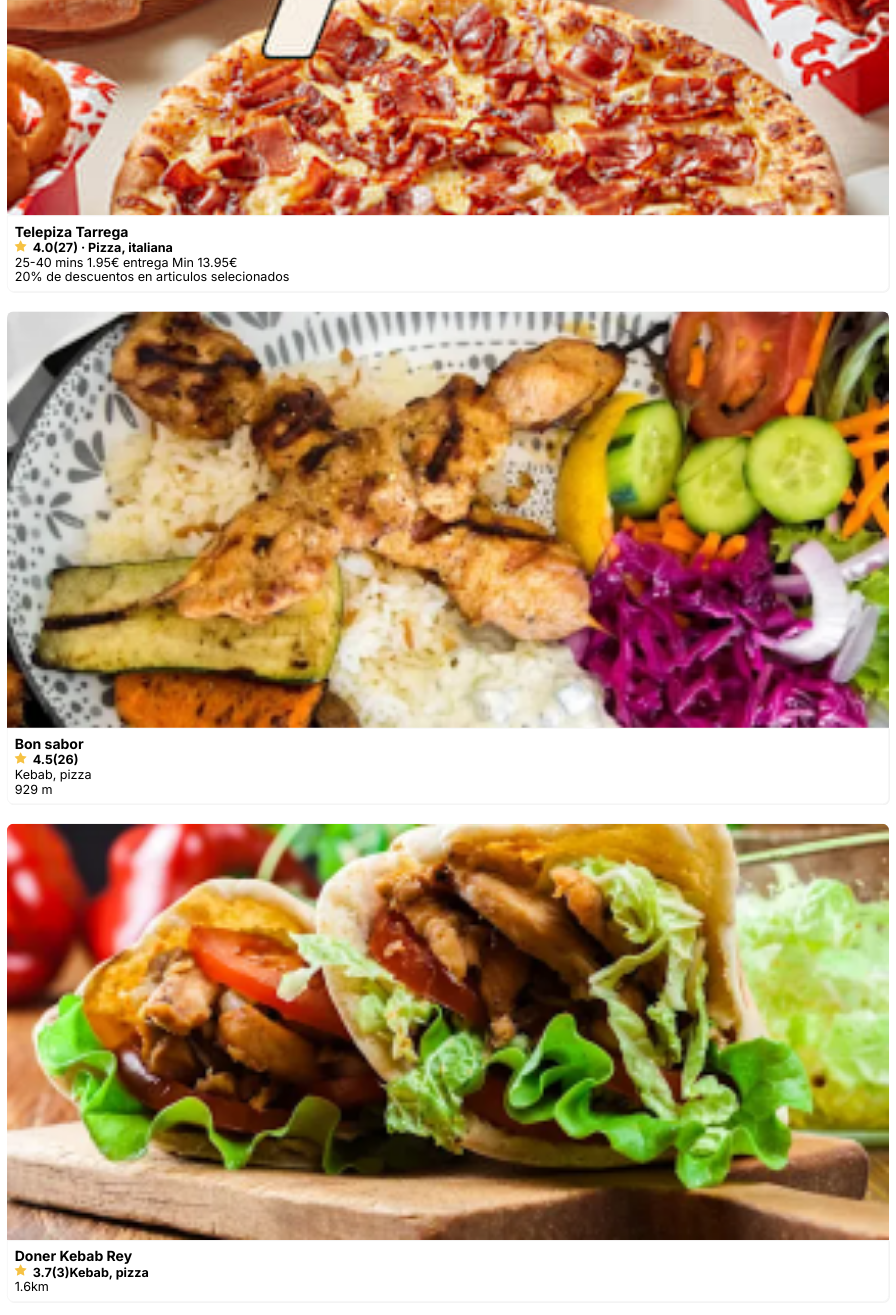
Repository: Srpinedaa/justEat
Page: index.html
These files come from the project's save history. The page is drawn as it stood at one moment and after a run of saves; the edit follows.
The browser window is 1280 px wide. The pictures show the part of the page from y = 947 to 2867 px (the page is 2825 px tall before and 2867 px after), at 70% of full size.

Above is the page before, as saved 2024-10-10 16:19:48.

After the next 2 saves:
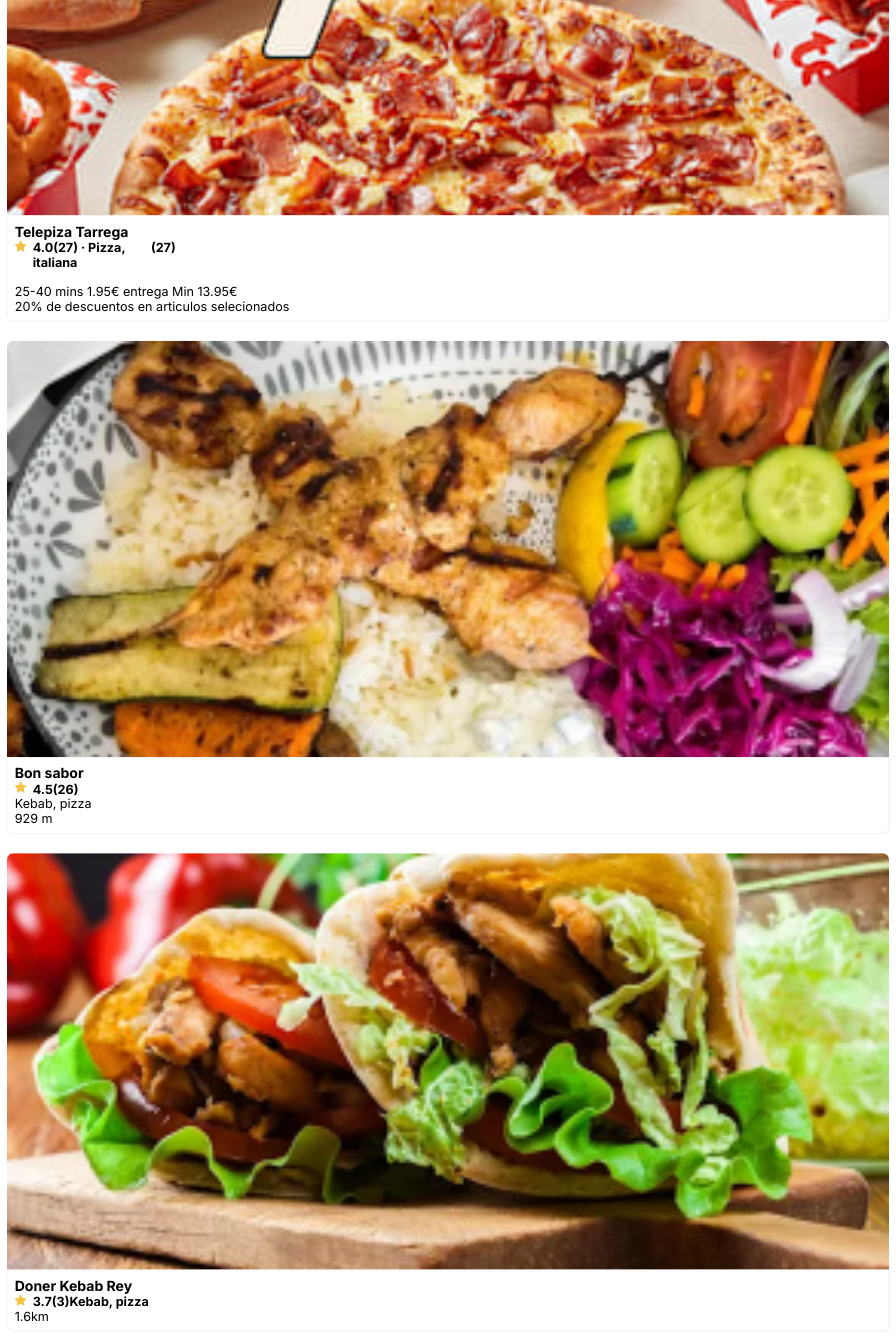
The 2 saves are shown as one change because they came seconds apart.
The last was saved 22 s later.
--- a/index.html
+++ b/index.html
@@ -84,6 +84,7 @@
                                 <div class="opiniones">
                                     <i class="fa fa-star"></i>
                                     <p>4.0(27) · Pizza, italiana</p>
+                                    <p>(27)</p>
                                 </div>
                                 <p>25-40 mins 1.95€ entrega Min 13.95€</p>
                                 <p>20% de descuentos en articulos selecionados</p>

After the save that followed:
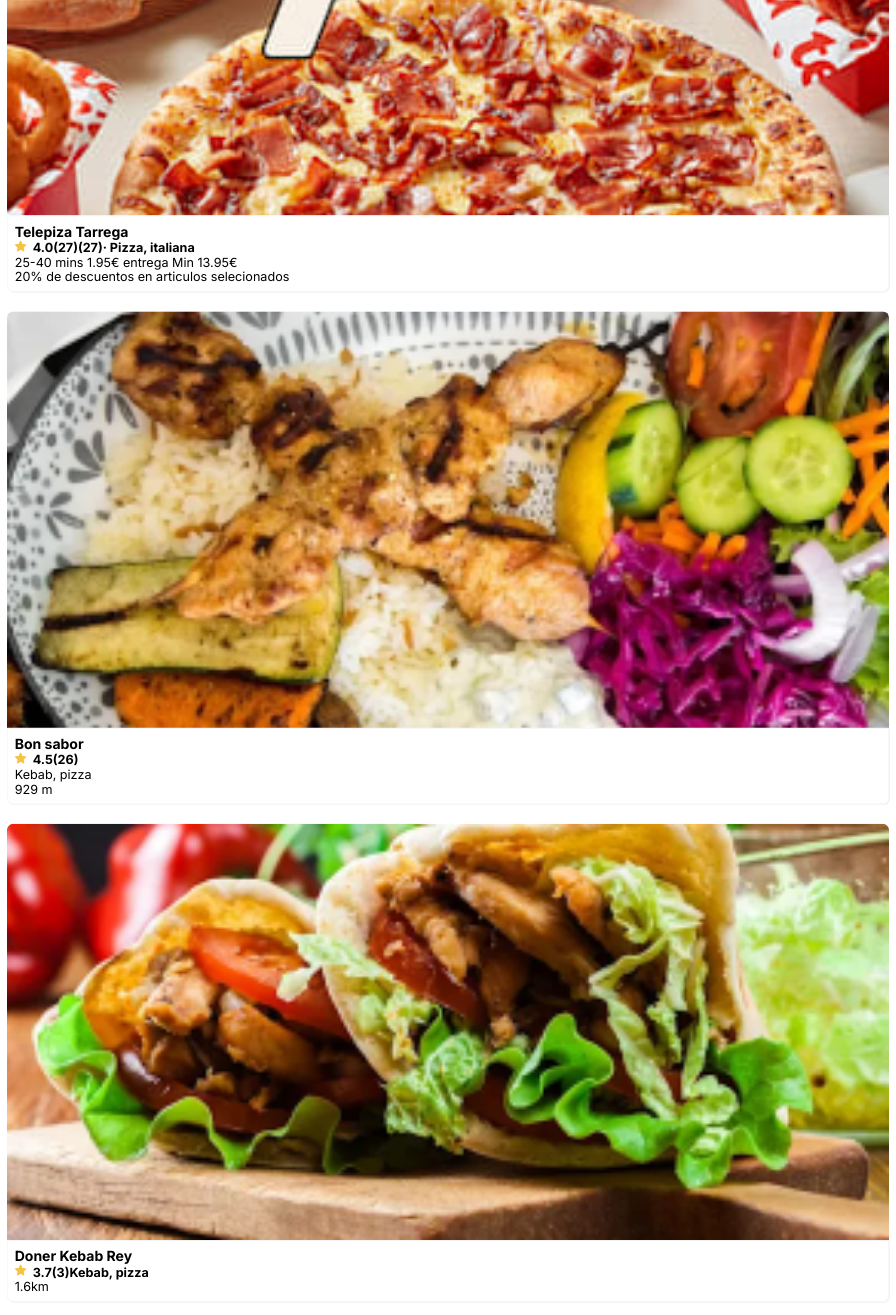
Saved 14 s later.
--- a/index.html
+++ b/index.html
@@ -83,8 +83,9 @@
                                 <h5>Telepiza Tarrega</h5>
                                 <div class="opiniones">
                                     <i class="fa fa-star"></i>
-                                    <p>4.0(27) · Pizza, italiana</p>
+                                    <p>4.0(27) </p>
                                     <p>(27)</p>
+                                    <p>· Pizza, italiana</p>
                                 </div>
                                 <p>25-40 mins 1.95€ entrega Min 13.95€</p>
                                 <p>20% de descuentos en articulos selecionados</p>
